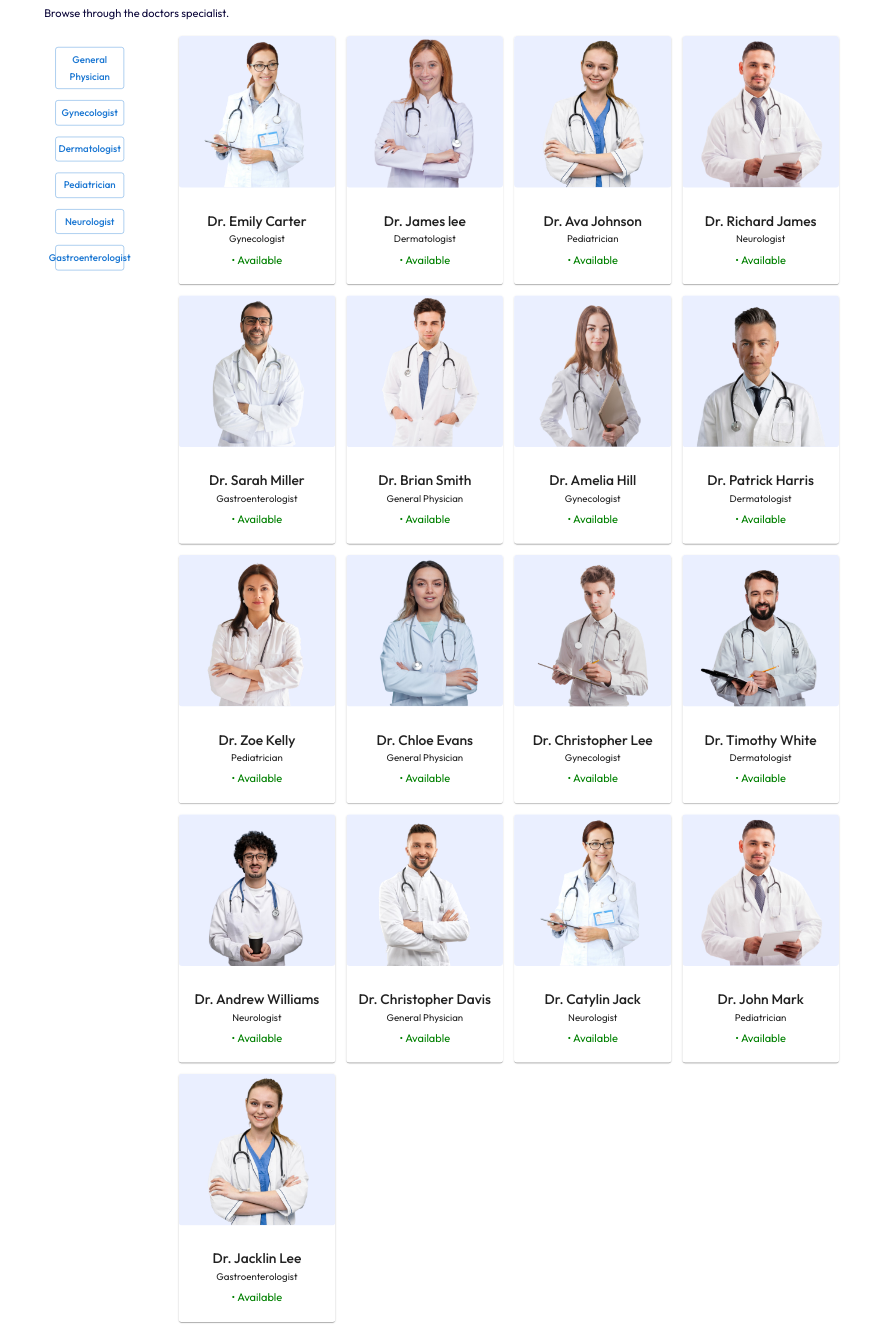
Repository: Ali-Dmerdash/DEPI_GRAD
Page: /
The author's editor kept a copy of each file at every save. The page is drawn from the files as they stood at one save, then again after a run of saves.
The browser window is 1280 px wide. The pictures show the whole page, at 69% of full size.
The project was rebuilt for these pictures with package versions that can differ from the ones it lists, and the page was loaded fresh each time. Also part of the build but not shown: vite.config.ts.

Above is the page before, as saved 2024-10-05 22:32:44.

After the next 4 saves:
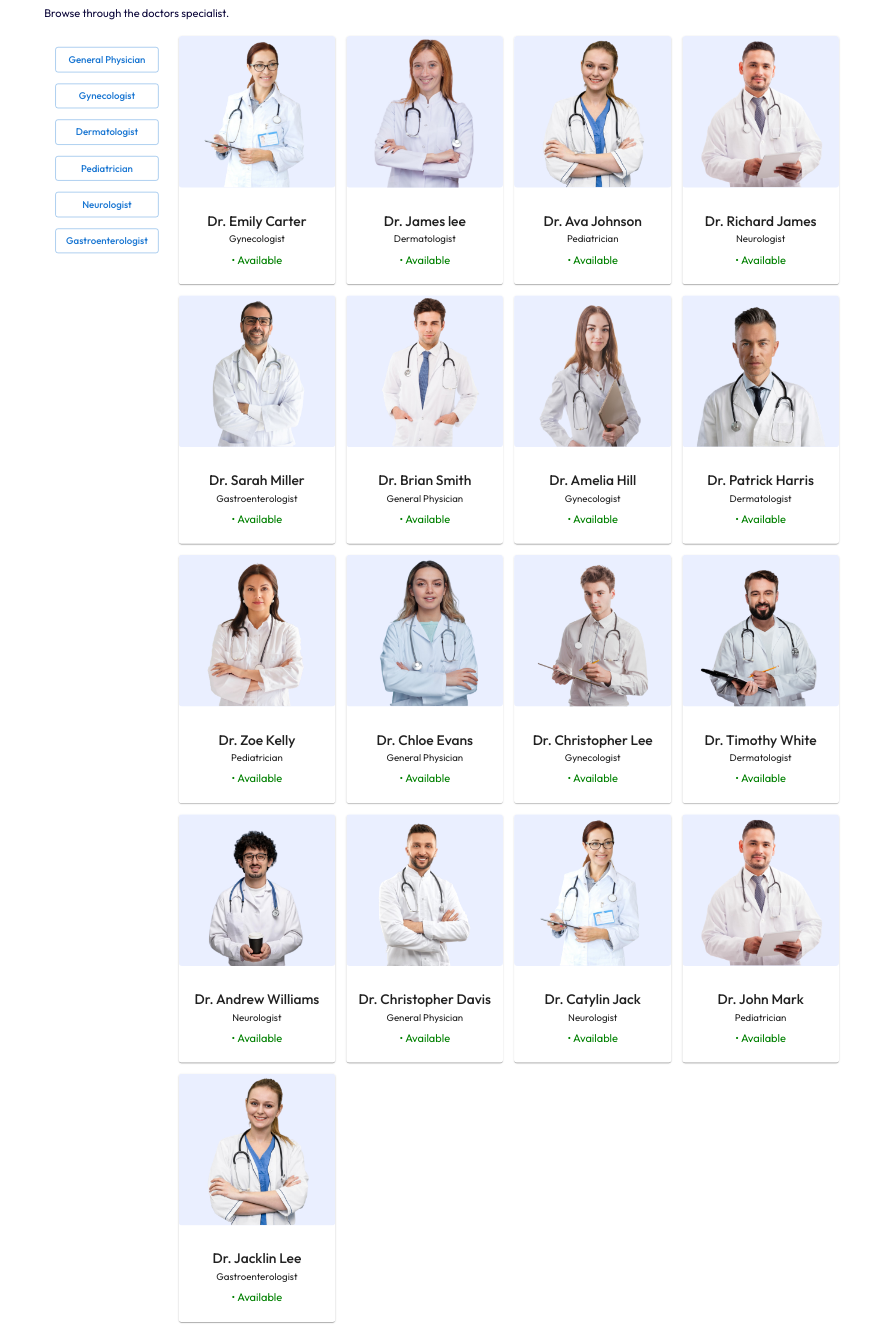
The 4 saves are shown as one change because they came seconds apart.
The last was saved 14 s later.
--- a/src/pages/doctors/index.tsx
+++ b/src/pages/doctors/index.tsx
@@ -192,7 +192,7 @@ const Doctors: React.FC = () => {
                 sx={{
                   marginBottom: 2,
                   textTransform: "none",
-                  width: "100px",
+                  width: "150px",
                 }}
               >
                 {specialization}
